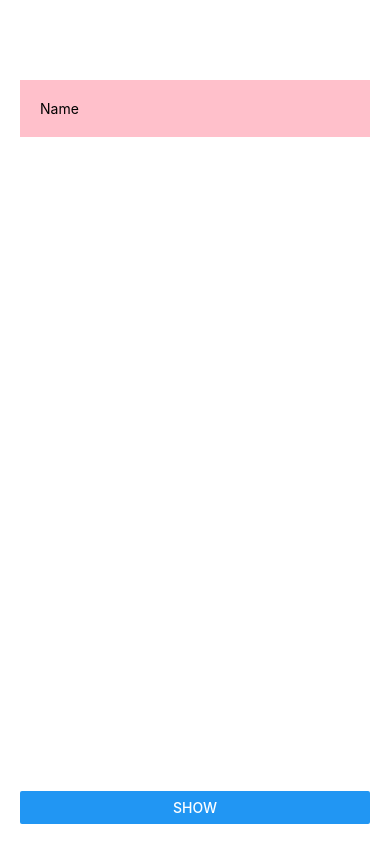
Repository: akinmiday/ReactNativeApp
Screen: /
The author's editor kept a copy of each file at every save. The screen is drawn from the files as they stood at one save, then again after the next save.
The app was drawn by React Native's web renderer in a window 390 px wide. The project was rebuilt for these pictures with package versions that can differ from the ones it lists, and the page was loaded fresh each time.

Above is the screen before, as saved 2023-08-05 04:47:59.

After the next save:
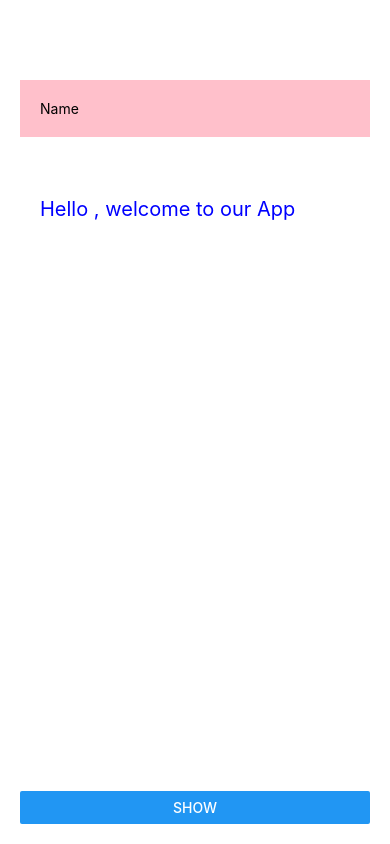
Saved 60 s later.
--- a/Display.js
+++ b/Display.js
@@ -8,7 +8,7 @@ export default function Display(props) {
 
   return (
     <View style={container}>
-      <Text style={text}>{name}</Text>
+      <Text style={text}>Hello {name}, welcome to our App</Text>
     </View>
   );
 }
